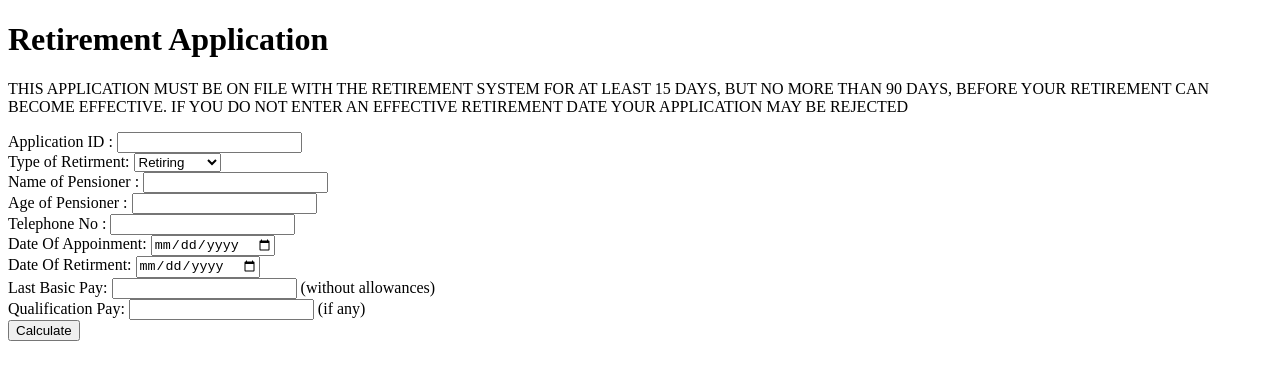
Repository: AQSA-ABDULLAH/RetirementManagmentSystem
Page: RetimentManagmentSystem/src/main/webapp/RetirementApplicationForm.html
These files come from the project's save history. The page is drawn as it stood at one moment and after the next save; the edit follows.
The browser window is 1280 px wide. The pictures show the whole page.

Above is the page before, as saved 2023-08-13 18:13:37.

After the next save:
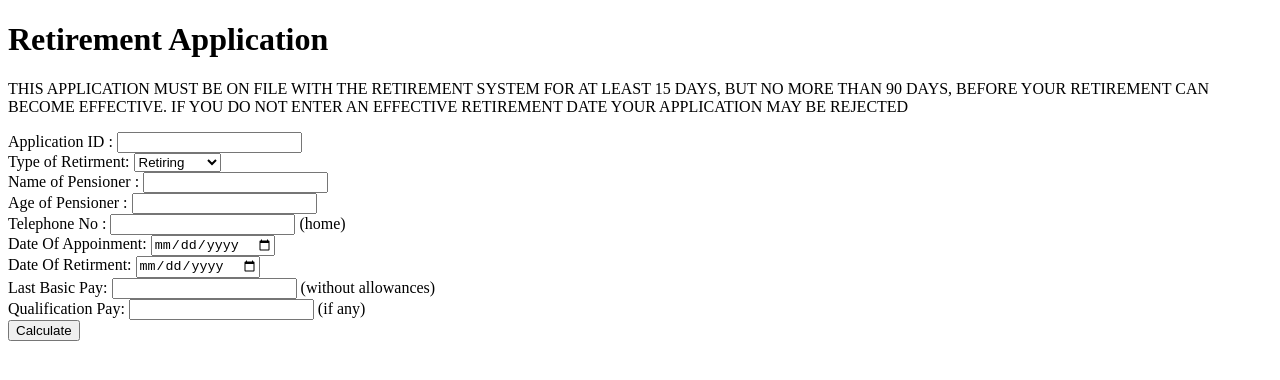
Saved 36 s later.
--- a/RetimentManagmentSystem/src/main/webapp/RetirementApplicationForm.html
+++ b/RetimentManagmentSystem/src/main/webapp/RetirementApplicationForm.html
@@ -31,7 +31,8 @@ YOUR APPLICATION MAY BE REJECTED</p>
     <input type="number" id="age" required><br>
 
     <label for="phoneno">Telephone No :</label>
-    <input type="number" id="phoneno" required><br>
+    <input type="number" id="phoneno" required>
+    <span>(home)</span><br>
 
     <label for="DateAppoinment">Date Of Appoinment:</label>
     <input type="date" id="DateApponiment" required><br>
